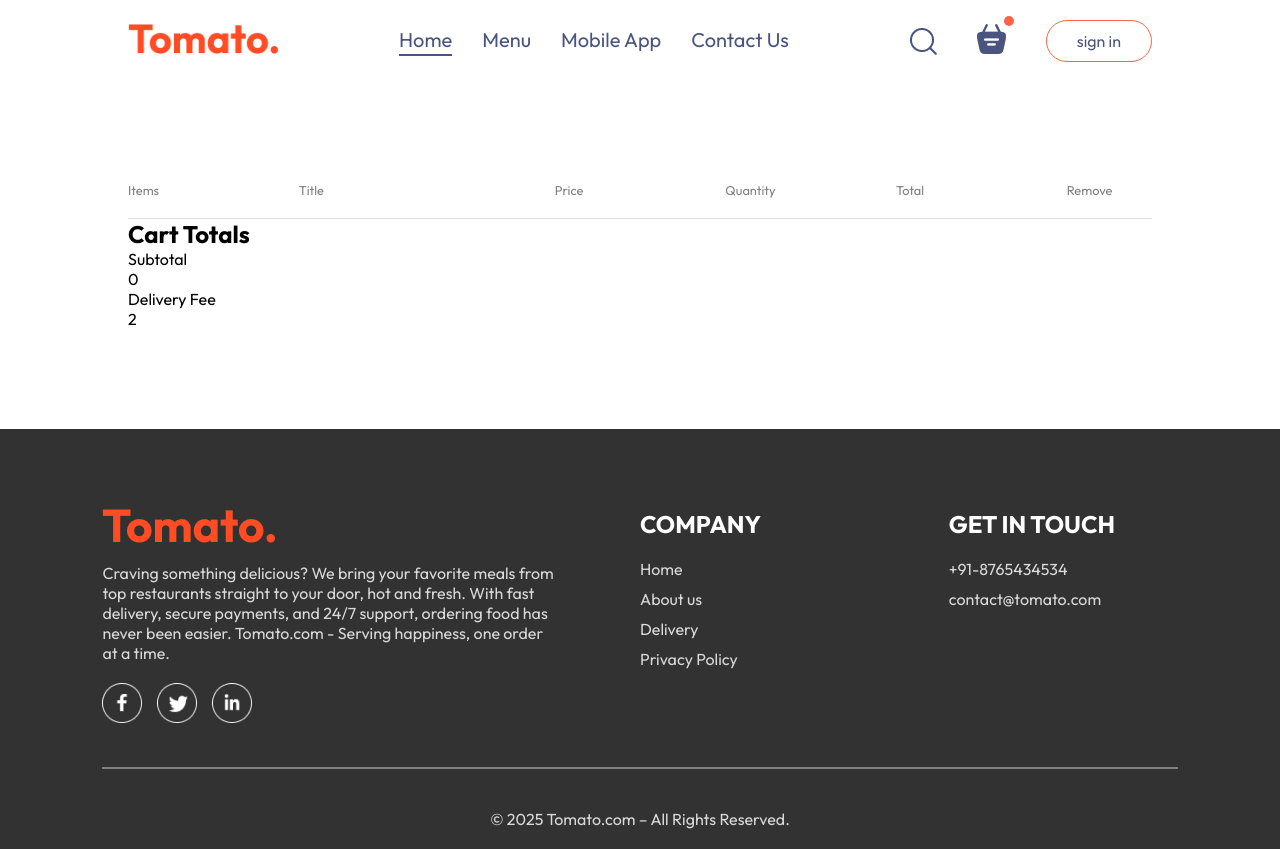
Repository: esakkiraj8104/FOOD_ORDER1
Page: /cart
The author's editor kept a copy of each file at every save. The page is drawn from the files as they stood at one save, then again after the next save.
The browser window is 1280 px wide. The pictures show the whole page.
The project was rebuilt for these pictures with package versions that can differ from the ones it lists, and the page was loaded fresh each time. Also part of the build but not shown: vite.config.js, src/components/Navbar/Header/Haeder.css, src/components/Navbar/Header/Header.jsx, src/components/Navbar/ExploreMenu/ExploreMenu.css, src/components/Navbar/ExploreMenu/ExploreMenu.jsx, src/components/Navbar/FoodDisplay/FoodDisplay.css, src/components/Navbar/FoodItem/FoodItem.css, src/components/Navbar/FoodItem/FoodItem.jsx and 6 more. Imported but missing from the stored project, and not drawn on this page: src/pages/PlaceOrder/PlaceOrder.

Above is the page before, as saved 2025-05-20 18:46:18.

After the next save:
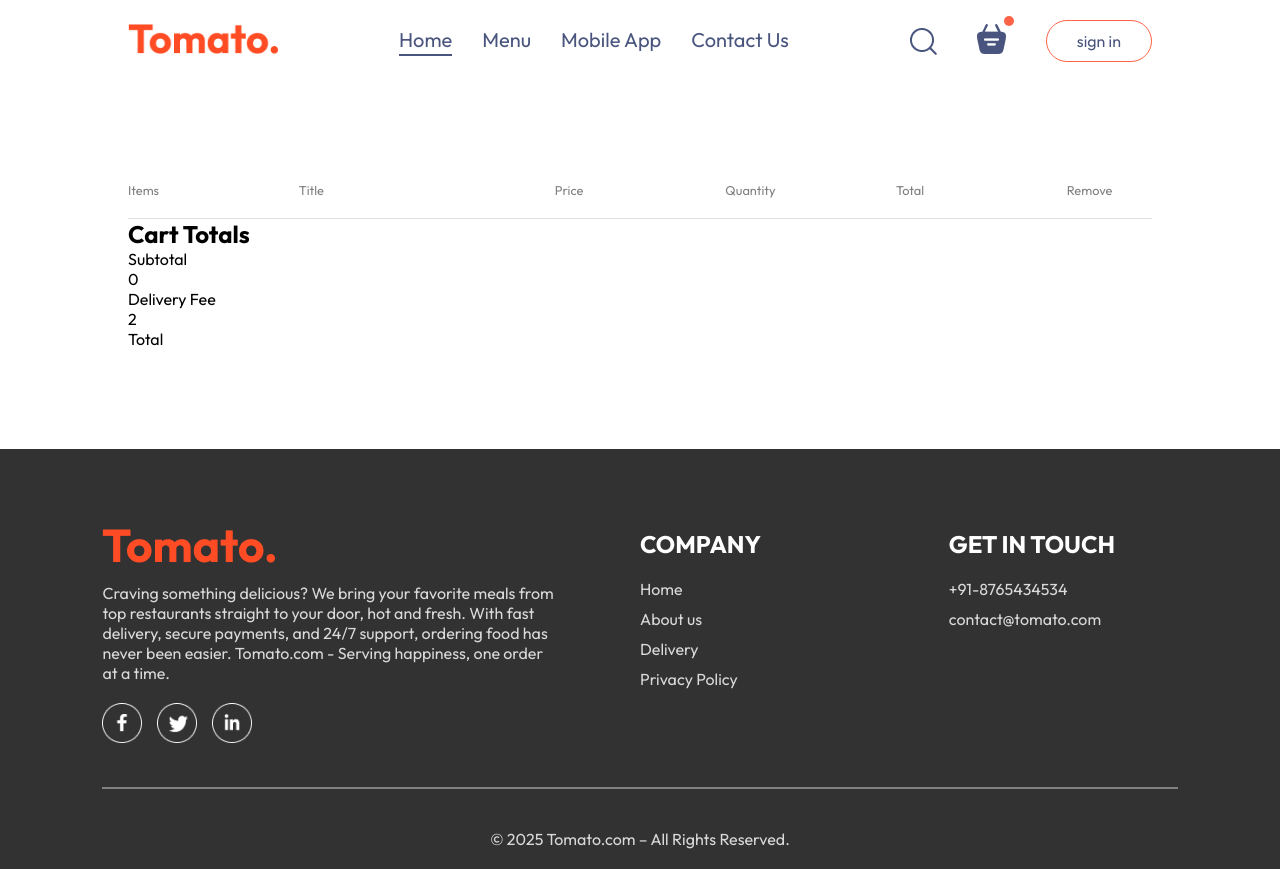
Saved 4 s later.
--- a/src/pages/Cart/Cart.jsx
+++ b/src/pages/Cart/Cart.jsx
@@ -50,7 +50,7 @@ const Cart = () => {
               <p>{2}</p>
             </div>
             <div className="cart-total-details">
-              <p></p>
+              <p>Total</p>
               <p></p>
             </div>
           </div>
